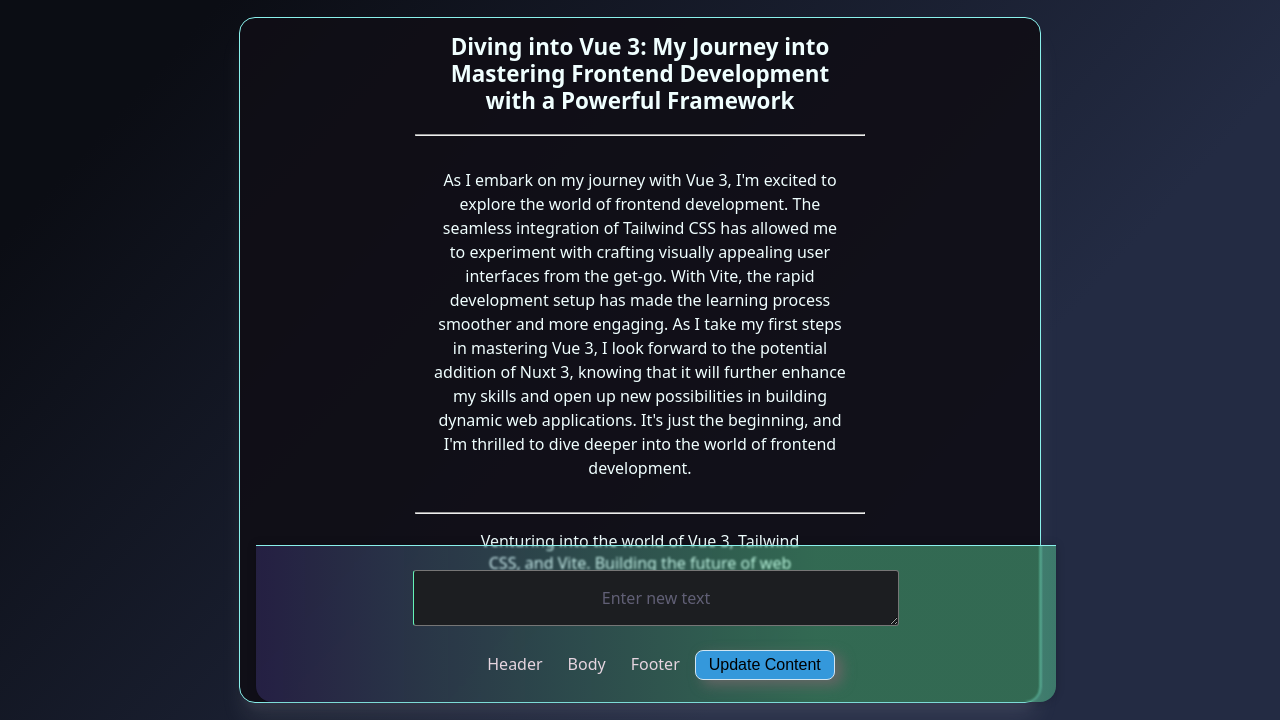
Repository: Freezler/AnnounceCraft
Page: index.html
These files come from the project's save history. The page is drawn as it stood at one moment and after the next save; the edit follows.
The browser window is 1280 px wide. The pictures show the whole page.

Above is the page before, as saved 2024-01-22 14:28:46.

After the next save:
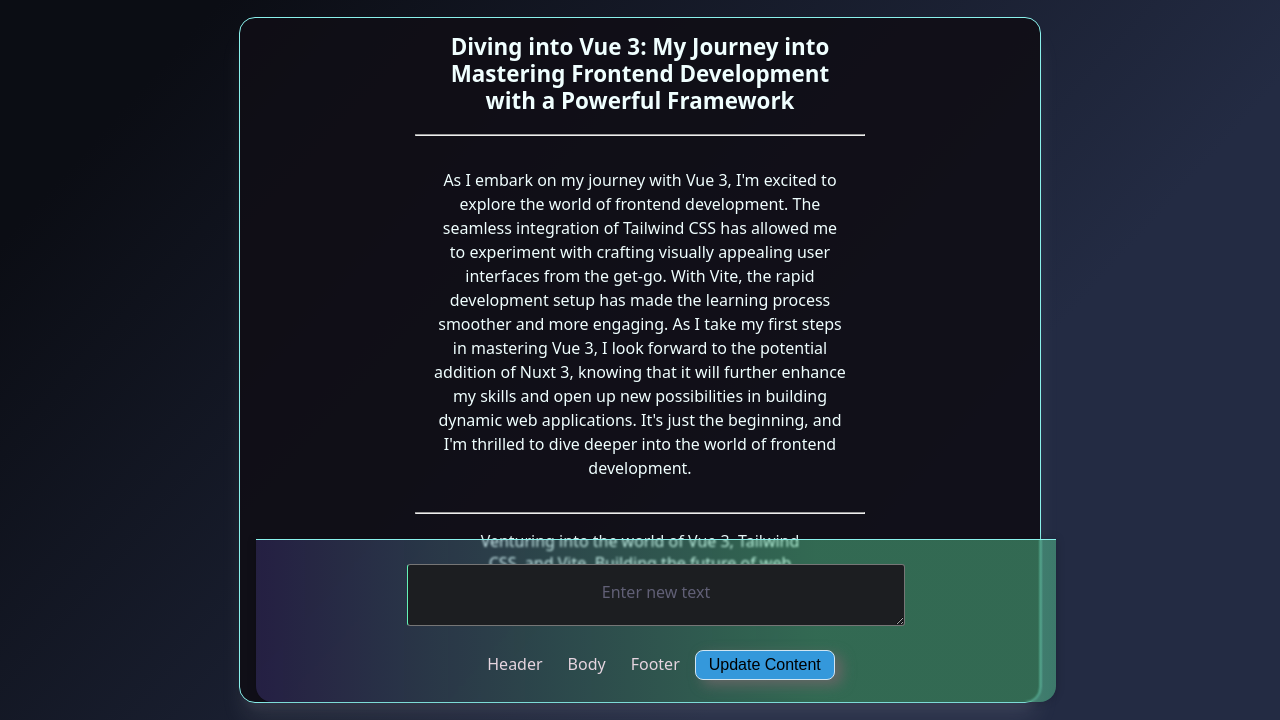
Saved 8 s later.
--- a/style.css
+++ b/style.css
@@ -145,7 +145,7 @@
         font-size: 16px;
         font-family: system-ui, -apple-system, BlinkMacSystemFont, 'Segoe UI', Roboto, Oxygen, Ubuntu, Cantarell, 'Open Sans', 'Helvetica Neue', sans-serif;
         margin: 0 auto;
-       padding-top: 0.5rem;
+       padding: 0.5rem;
         overflow: hidden;
         outline: none;
         vertical-align: middle;
